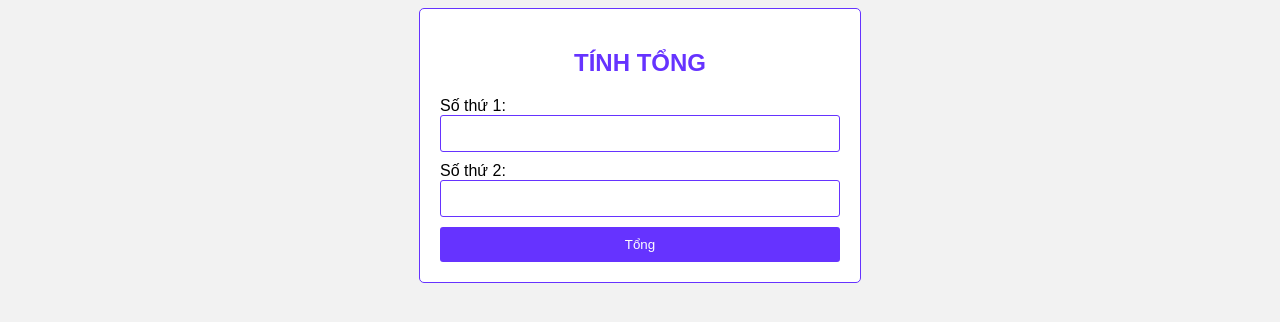
Repository: Pr-DuyTam/HTML-CSS-JS-PHP
Page: http://localhost/Bài 2 (Tính tổng)/TinhTong.php
An editor plug-in stored every save of this project. The page is shown before and after the next save, followed by the edit.
The browser window is 1280 px wide. The pictures show the whole page.
The page is run by PHP 8.4 with error messages shown; the project is at /var/www/html/.

Above is the page before, as saved 2023-09-02 10:42:18.

After the next save:
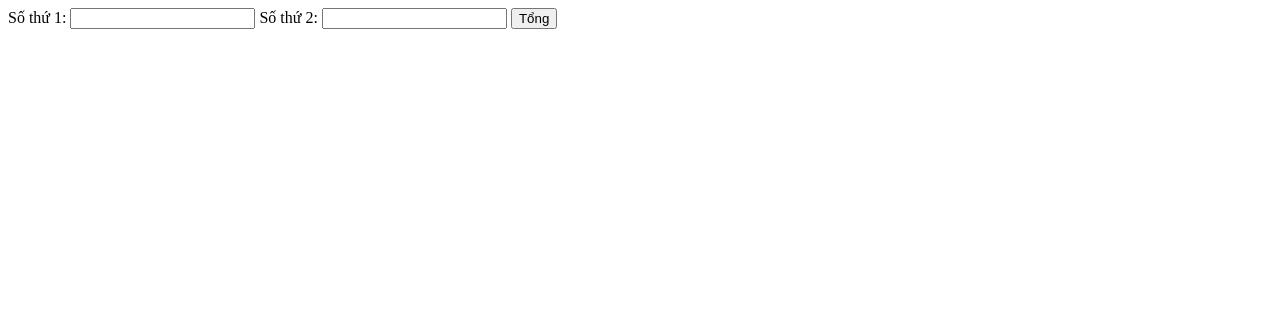
Saved 3 min 3 s later.
--- a/PHP/Bài tập PHP/Bài 2 (Tính tổng)/TinhTong.php
+++ b/PHP/Bài tập PHP/Bài 2 (Tính tổng)/TinhTong.php
@@ -4,75 +4,14 @@
     <meta charset="UTF-8">
     <meta http-equiv="X-UA-Compatible" content="IE=edge">
     <meta name="viewport" content="width=device-width, initial-scale=1.0">
-    <title>Tính Tổng</title>
-
-    <style>
-        body {
-            background-color: #f2f2f2;
-            font-family: Arial, sans-serif;
-        }
-
-        .container {
-            width: 400px;
-            margin: 0 auto;
-            padding: 20px;
-            background-color: #ffffff;
-            border: 1px solid #6633FF;
-            border-radius: 5px;
-        }
-
-        .container h2 {
-            text-align: center;
-            margin-bottom: 20px;
-            color: #6633FF;
-        }
-
-        .container form {
-            display: flex;
-            flex-direction: column;
-        }
-
-        .container form input[type="text"] {
-            padding: 10px;
-            margin-bottom: 10px;
-            border: 1px solid #6633FF;
-            border-radius: 3px;
-        }
-
-        .container form input[type="submit"] {
-            padding: 10px;
-            border: none;
-            border-radius: 3px;
-            background-color: #6633FF;
-            color: #ffffff;
-            cursor: pointer;
-        }
-
-        .container form input[type="submit"]:hover {
-            background-color: #330099;
-        }
-
-        .result {
-            text-align: center;
-            margin-top: 20px;
-            font-weight: bold;
-        }
-
-        .error {
-            text-align: center;
-            margin-top: 20px;
-            color: red;
-        }
-    </style>
+    <title>Document</title>
 </head>
 <body>
-    <div class="container">
-        <h2>TÍNH TỔNG</h2>
-        <?php
+    <?php
         if(isset($_POST['btnTong']))
         {
-            $a =$_POST['txtSoNhat'];
-            $b =$_POST['txtSoHai'];
+            $a =$_POST['txtSo1'];
+            $b =$_POST['txtSo2'];
             if(is_numeric($a) && is_numeric($b))
             {
                 $c = $a +$b;
@@ -84,11 +23,10 @@
         }
     ?>
     <form method="POST" action="TinhTong.php">
-        Số thứ 1: <input type="text" name="txtSoNhat"/>
-        Số thứ 2: <input type="text" name="txtSoHai"/>
+        Số thứ 1: <input type="text" name="txtSo1"/>
+        Số thứ 2: <input type="text" name="txtSo2"/>
         <input type="submit" name="btnTong" value="Tổng">
+
     </form>
-    </div>
-
 </body>
 </html>
